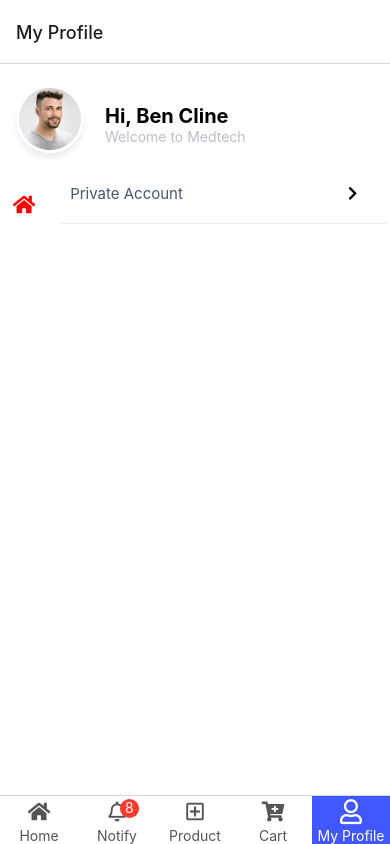
Repository: ntu34543/designReactNative
Screen: /My Profile
The author's editor kept a copy of each file at every save. The screen is drawn from the files as they stood at one save, then again after the next save.
The app was drawn by React Native's web renderer in a window 390 px wide. The project was rebuilt for these pictures with package versions that can differ from the ones it lists, and the page was loaded fresh each time. Some packages were replaced by stand-ins written for this rebuild. Also part of the build but not shown: page/DiabetesCare.js, page/Notify.js, page/Cart.js.

Above is the screen before, as saved 2022-11-02 10:52:54.

After the next save:
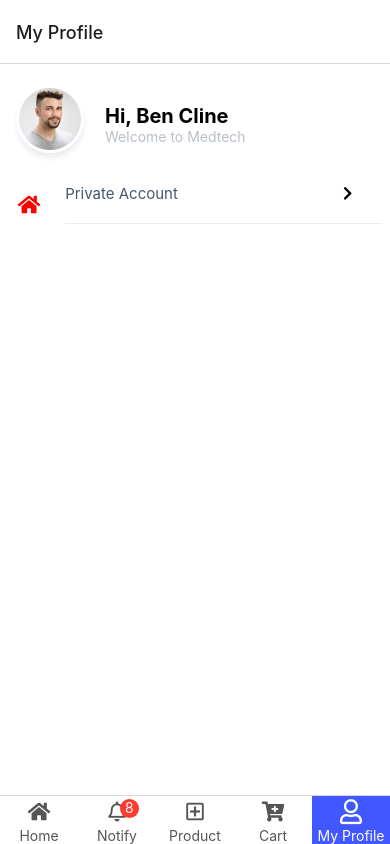
Saved 4 s later.
--- a/page/Profile.js
+++ b/page/Profile.js
@@ -85,7 +85,6 @@ const styles = StyleSheet.create({
     marginLeft: 25,
     alignItems: "center",
     paddingRight: 30,
-    paddingLeft: 10,
     paddingBottom: 20,
   },
   text3: {
